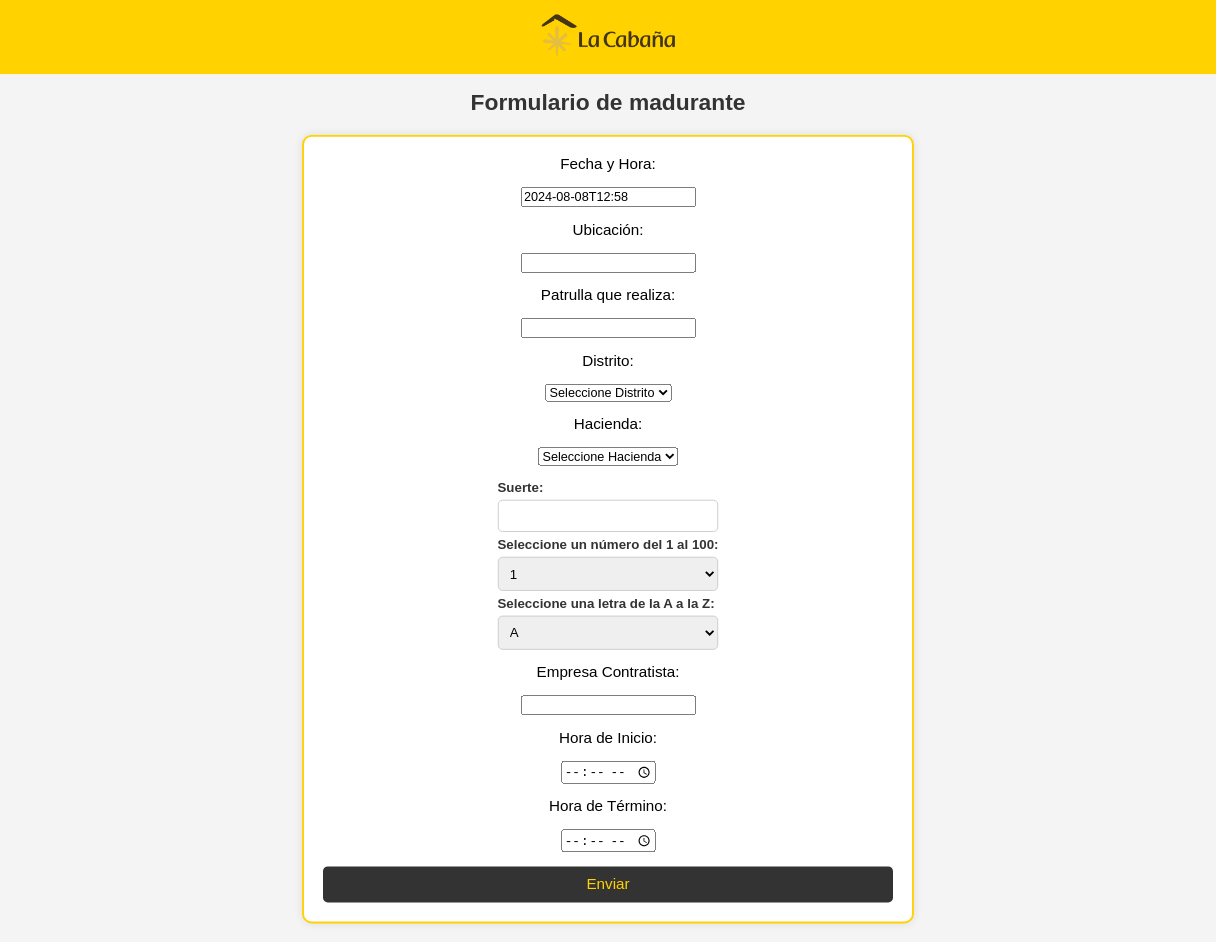
Repository: tayuanlogua/prototipo-de-control-de-accesos
Page: Patrullas/src/madurante.html
The author's editor kept a copy of each file at every save. The page is drawn from the files as they stood at one save, then again after the next save.
The browser window is 1280 px wide. The pictures show the whole page, at 95% of full size.

Above is the page before, as saved 2024-08-29 15:48:06.
Console error: TypeError: Cannot read properties of null (reading 'addEventListener')

### Patrullas/src/madurante.html
<!DOCTYPE html>
<html lang="es">
  <head>
    <meta charset="UTF-8" />
    <meta name="viewport" content="width=device-width, initial-scale=1.0" />
    <title>Formulario de Madurante</title>
    <link rel="stylesheet" href="styles.css" />
  </head>
  <body>
    <header class="header">
      <img src="imagenes/LOGO.png" alt="Logo" class="logo" />
    </header>

    <div class="login-container">
      <h1>Formulario de madurante</h1>
      <form
        id="maduranteForm"
        action="process_madurante.php"
        method="POST"
        enctype="multipart/form-data"
      >
        <!-- Fecha (automática) -->
        <label for="fechaHora">Fecha y Hora:</label>
        <input type="text" id="fechaHora" name="fechaHora" readonly />

        <!-- Ubicación (automática) -->
        <label for="ubicacion">Ubicación:</label>
        <input type="text" id="ubicacion" name="ubicacion" readonly />

        <!-- Patrulla que realiza -->
        <label for="patrulla">Patrulla que realiza:</label>
        <input type="text" id="patrulla" name="patrulla" required />

        <!-- Distrito -->
        <label for="distrito">Distrito:</label>
        <select id="distrito" name="distrito" required>
          <option value="">Seleccione Distrito</option>
          <option value="1">Distrito 1</option>
          <option value="2">Distrito 2</option>
          <option value="3">Distrito 3</option>
          <option value="4">Distrito 4</option>
          <option value="5">Distrito 5</option>
        </select>

        <!-- Hacienda -->
        <label for="hacienda">Hacienda:</label>
        <select id="hacienda" name="hacienda" required>
          <option value="">Seleccione Hacienda</option>
        </select>

        <div class="form-group">
          <label for="suerte">Suerte:</label>
          <input type="text" id="suerte" name="suerte" required readonly />

          <label for="numeroSuerte">Seleccione un número del 1 al 100:</label>
          <select id="numeroSuerte"></select>

          <label for="letraSuerte">Seleccione una letra de la A a la Z:</label>
          <select id="letraSuerte"></select>
        </div>

        <!-- Empresa contratista -->
        <label for="empresa_contratista">Empresa Contratista:</label>
        <input
          type="text"
          id="empresa_contratista"
          name="empresa_contratista"
          required
        />

        <!-- Hora de inicio -->
        <label for="hora_inicio">Hora de Inicio:</label>
        <input type="time" id="hora_inicio" name="hora_inicio" required />

        <!-- Hora de término -->
        <label for="hora_termino">Hora de Término:</label>
        <input type="time" id="hora_termino" name="hora_termino" required />

        <!-- Botón de enviar -->
        <button type="submit">Enviar</button>
      </form>
    </div>

    <script src="madurante.js"></script>
  </body>
</html>

### Patrullas/src/styles.css
/* Estilos generales para el body */
body {
  font-family: Arial, sans-serif;
  background-color: #f4f4f4;
  margin: 0;
  padding: 0;
}

/* Estilo para el logo en el header */
.header {
  background-color: #ffd200; /* Fondo amarillo para el logo */
  padding: 10px 0;
  text-align: center;
}

.logo {
  width: 150px;
  height: auto;
}

/* Estilos para el contenedor del formulario */
.form-container,
#maduranteForm,
#subsuelo-form,
#burnt-cane-form,
#motobombas-form,
#servicio-de-escolta-form {
  background-color: #ffffff;
  max-width: 600px; /* Ajustado al tamaño del formulario */
  margin: 20px auto;
  padding: 20px;
  border-radius: 10px;
  box-shadow: 0 0 10px rgba(0, 0, 0, 0.1);
  display: flex;
  flex-direction: column;
  align-items: center;
  border: 2px solid #ffd200; /* Borde amarillo */
}

/* Estilo para el título del formulario */
h1 {
  text-align: center;
  color: #333;
  font-size: 24px;
  margin-bottom: 20px;
}

/* Estilos para los formularios */
form {
  display: flex;
  flex-direction: column;
  gap: 15px;
  width: 100%;
}

.form-group {
  display: flex;
  flex-direction: column;
  gap: 5px;
}

.form-group label {
  font-size: 14px;
  color: #333;
  text-align: left;
  font-weight: bold;
}

.form-group input[type="text"],
.form-group input[type="number"],
.form-group input[type="time"],
.form-group input[type="date"],
.form-group select,
.form-group input[type="file"],
.form-group textarea {
  width: 100%;
  padding: 8px;
  border: 1px solid #ccc;
  border-radius: 5px;
  box-sizing: border-box;
  font-size: 14px;
}

.form-group input[type="file"] {
  padding: 3px; /* Ajuste para que se vea mejor */
}

.form-group textarea {
  resize: vertical;
}

.form-group select {
  padding: 8px;
}

/* Estilo para el grupo de radio buttons */
.radio-group {
  display: flex;
  justify-content: space-between;
  max-width: 200px;
}

.radio-group label {
  display: flex;
  align-items: center;
  gap: 5px;
  font-size: 14px;
  color: #333;
}

input[type="radio"] {
  margin-left: 10px;
}

/* Estilo para el botón de envío */
button[type="submit"] {
  display: block;
  width: 100%;
  padding: 10px;
  background-color: #333;
  color: #ffd200; /* Color amarillo para el botón de envío */
  border: none;
  border-radius: 5px;
  font-size: 16px;
  cursor: pointer;
  transition: background-color 0.3s ease;
}

/* Estilos para el hover en botones */
button[type="submit"]:hover {
  background-color: #555;
}

/* Estilo para los enlaces de actividades */
.activities-form {
  display: flex;
  flex-direction: column;
  gap: 10px;
  width: 100%;
}

.activities-form a {
  text-decoration: none;
  color: #ffd200; /* Color amarillo para los enlaces */
  font-size: 18px;
  padding: 10px;
  border-radius: 5px;
  background-color: #ffffff;
  border: 1px solid #ccc;
  transition: background-color 0.3s, color 0.3s;
}

.activities-form a:hover {
  background-color: #ffd200; /* Color amarillo para el hover */
  color: #ffffff;
}

/* Responsive design para dispositivos móviles */
@media (max-width: 480px) {
  .form-container,
  #maduranteForm,
  #subsuelo-form,
  #burnt-cane-form,
  #motobombas-form,
  #servicio-de-escolta-form {
    width: 95%;
    padding: 15px;
  }

  h1 {
    font-size: 20px;
  }

  form input[type="text"],
  form input[type="number"],
  form input[type="time"],
  form input[type="date"],
  form select,
  form input[type="file"],
  form textarea,
  button[type="submit"],
  .activities-form a {
    font-size: 14px;
  }
}

### Patrullas/src/madurante.js
document.addEventListener("DOMContentLoaded", () => {
  const form = document.getElementById("burnt-cane-form");
  const distritoSelect = document.getElementById("distrito");
  const haciendaSelect = document.getElementById("hacienda");
  const supportSelect = document.getElementById("support");
  const supportDetails = document.getElementById("support-details");
  const fechaHoraInput = document.getElementById("fechaHora");
  const ubicacionInput = document.getElementById("ubicacion");
  const numeroSuerteSelect = document.getElementById("numeroSuerte");
  const letraSuerteSelect = document.getElementById("letraSuerte");
  const suerteInput = document.getElementById("suerte");

  // Inicializa el campo de fecha y hora
  const now = new Date();
  const dateTimeString = now.toISOString().slice(0, 16); // Formato YYYY-MM-DDTHH:MM
  fechaHoraInput.value = dateTimeString;

  // Obtiene la ubicación del usuario
  if (navigator.geolocation) {
    navigator.geolocation.getCurrentPosition(
      (position) => {
        const { latitude, longitude } = position.coords;
        ubicacionInput.value = `Lat: ${latitude}, Lon: ${longitude}`;
      },
      (error) => {
        console.error("Error obtaining location", error);
        ubicacionInput.value = "No se pudo obtener la ubicación";
      }
    );
  } else {
    console.log("Geolocation is not supported by this browser.");
    ubicacionInput.value = "Geolocalización no soportada";
  }

  const haciendas = {
    1: [
      "Rio Frayle",
      "La Industria",
      "Salsipuedes",
      "Pergola II",
      "Pergola III",
      "Acuario",
      "Pergola I",
      "Vallecito",
      "Papayal",
      "La Linda",
      "El Rincon",
      "Papayalito",
      "El Tablon Bajo",
      "Cantarohondo",
      "El Tablon Alto",
      "El Baranco",
      "Santa Barbara Participacion",
      "La Michela",
    ],
    2: [
      "Orocue",
      "Palace",
      "San Isidro",
      "Rancho Grande",
      "Romano Barney",
      "Taula Mejia",
      "Vanegas",
      "Holandita Adecañas",
      "Canada Adecañas",
      "Canada",
      "Canada Agrocañas",
      "Canada Esmeralda",
      "Hato",
      "Arado",
      "Yarumales",
      "Mendiola La Paila",
      "Benitez",
      "Hato San Carlos",
      "Mundo Cabaña",
      "La Munda Esmeralda",
      "Canada Cabaña",
      "Hato Agrocañas",
      "Hato Cavi",
    ],
    3: [
      "Cabaña",
      "Caldas",
      "Pilamo",
      "Taula Chiman",
      "Normandia",
      "Santa Helena",
      "Cabaña II",
      "Muchilanga Naranjito",
      "Caldas Agroindustrias",
      "Normandia Agroindustrias",
      "Taula Chiman Agroindistria",
      "Humberto Lopez Cabaña",
      "Arado Adecañas",
      "Toribio Rivas Esmeralda",
      "Cabaña Rabinovich",
      "Naranjo Agrocañas",
      "Naranjo",
      "Muchilanga",
      "Taula Ana",
      "Naranjo Esmeralda",
      "Gobierno Negro",
      "Granada",
      "Cabaña Agrocañas",
      "Naranjo Cabaña",
      "Muchilanga Cabaña",
      "Vegas Cabaña",
      "Alvaro Naranjo Poveda Arrey",
      "El Rebaño",
      "Dulce Jugada Participacion",
    ],
    4: [
      "Cuprecia",
      "Laguna",
      "La Gitana",
      "Vista Hermosa",
      "Nanaluisa",
      "Lote Toro",
      "La Stellia",
      "La Real",
      "El Recuerdo",
      "Tonoli",
      "Laguna Arrendo",
      "Florencia",
      "Casa Grande",
      "Santa Ines",
      "La Loma",
      "Corcovao Adecañas",
      "Veracruz Adecañas",
      "Sarria",
      "Nilo Toro",
      "Janeiro Esmeralda",
      "Hermanas Florez",
      "Las Cañas",
      "Ana Maria Bonilla",
      "El Cairo",
      "Tablanca",
      "Holanda",
      "La Camelia",
      "Sucursal",
      "El Socorro Cabaña",
      "Monaco",
      "La Alsacia",
      "Ventura Olgin",
    ],
    5: [
      "Casablanca",
      "Bocas de Palo",
      "Perico Negro",
      "El Lago",
      "Victoria",
      "Curazao",
      "Coburgo Cantarito",
      "Bohemia",
      "Curazao Escobar",
      "Ceibal Nereida Sepulveda Roja",
      "Curazao Agroindustrias",
      "Curazao Velez",
      "La Moraleja",
      "Curazao Esmeralda",
      "Lago Rabinovich",
      "Quintero",
      "Sofia",
      "Sarria",
      "Victoria Esmeralda",
      "Avenida",
      "Sarria Agrocañas",
      "La Moraleja Accion Fiduciaria",
      "Campo Alegre Argos Arrendo",
      "Moraleja Arango",
      "Cachipay",
      "Moraleja PYS Proyectos Soll",
    ],
  };

  // Completa el selector de números del 1 al 100
  for (let i = 1; i <= 100; i++) {
    const option = document.createElement("option");
    option.value = i;
    option.textContent = i;
    numeroSuerteSelect.appendChild(option);
  }

  // Completa el selector de letras de la A a la Z
  for (let i = 65; i <= 90; i++) {
    const option = document.createElement("option");
    option.value = String.fromCharCode(i);
    option.textContent = String.fromCharCode(i);
    letraSuerteSelect.appendChild(option);
  }

  // Actualiza el campo de texto "Suerte" al cambiar las selecciones
  const updateSuerte = () => {
    const numeroSeleccionado = numeroSuerteSelect.value;
    const letraSeleccionada = letraSuerteSelect.value;
    suerteInput.value = `${numeroSeleccionado}-${letraSeleccionada}`;
  };

  numeroSuerteSelect.addEventListener("change", updateSuerte);
  letraSuerteSelect.addEventListener("change", updateSuerte);

  // Función para actualizar el select de haciendas basado en el distrito seleccionado
  const updateHaciendas = () => {
    const selectedDistrito = distritoSelect.value;
    const haciendasList = haciendas[selectedDistrito] || [];
    console.log("Distrito seleccionado:", selectedDistrito); // Depuración
    console.log("Haciendas para el distrito:", haciendasList); // Depuración

    haciendaSelect.innerHTML = '<option value="">Seleccione Hacienda</option>'; // Reset options
    haciendasList.forEach((hacienda) => {
      const option = document.createElement("option");
      option.value = hacienda;
      option.textContent = hacienda;
      haciendaSelect.appendChild(option);
    });
  };

  distritoSelect.addEventListener("change", updateHaciendas);

  // Manejo de la visibilidad de detalles de soporte
  supportSelect.addEventListener("change", () => {
    if (supportSelect.value === "yes") {
      supportDetails.style.display = "block";
    } else {
      supportDetails.style.display = "none";
    }
  });
});

After the next save:
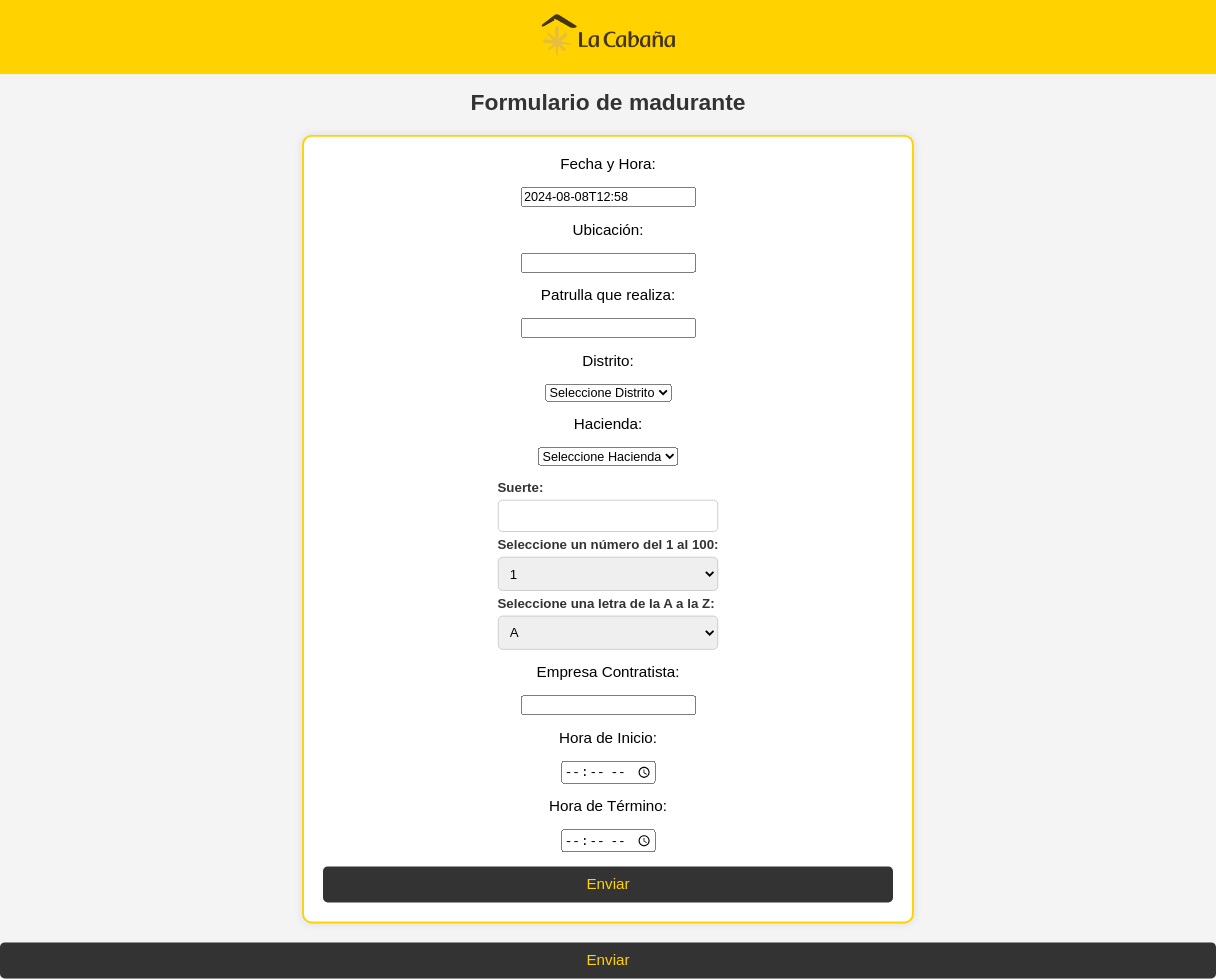
Saved 2 min 13 s later.
--- a/Patrullas/src/madurante.html
+++ b/Patrullas/src/madurante.html
@@ -80,6 +80,10 @@
         <button type="submit">Enviar</button>
       </form>
     </div>
+      <!-- Botón de enviar -->
+      <button type="submit">Enviar</button>
+    </form>
+  </div>
 
     <script src="madurante.js"></script>
   </body>

After the save that followed:
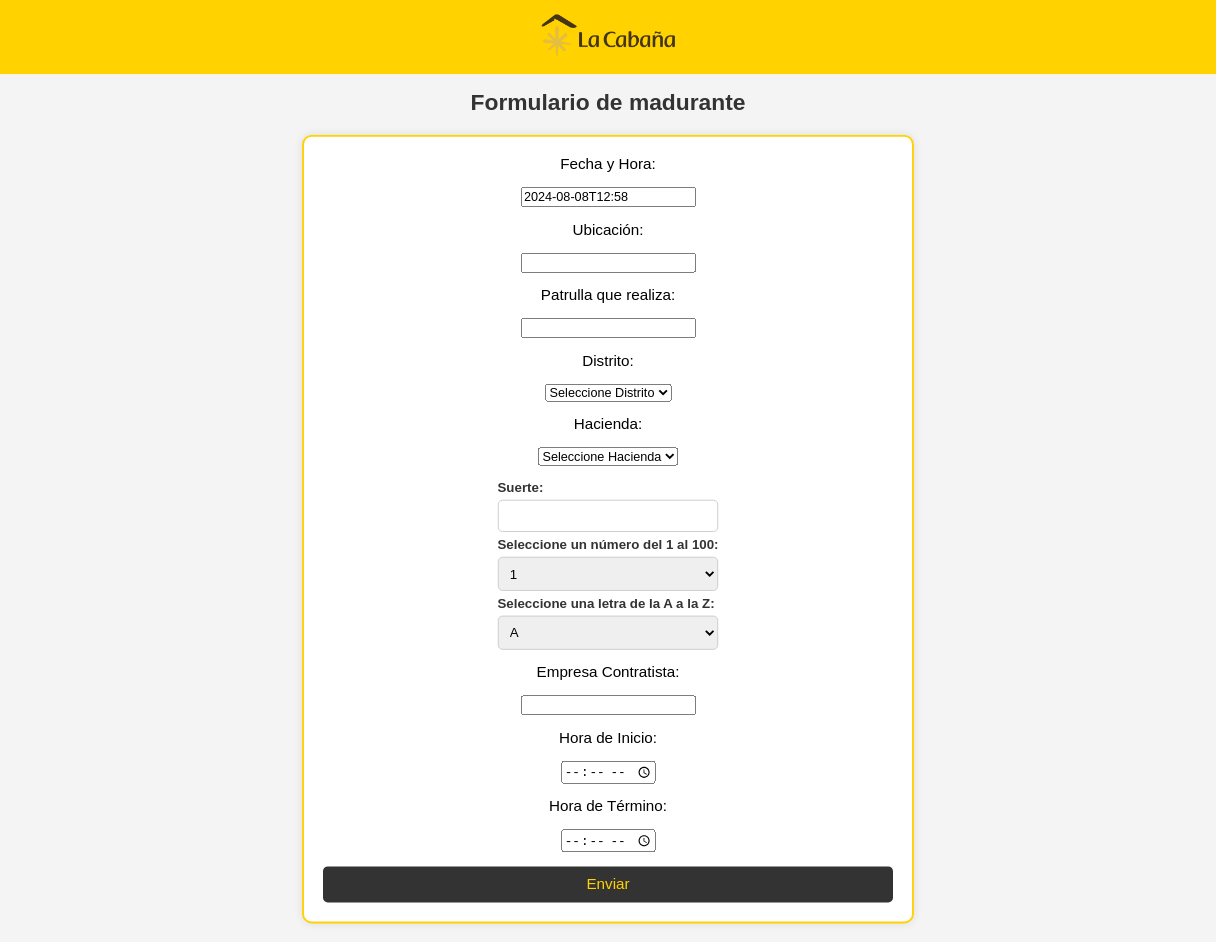
Saved 28 s later.
--- a/Patrullas/src/madurante.html
+++ b/Patrullas/src/madurante.html
@@ -8,6 +8,7 @@
   </head>
   <body>
     <header class="header">
+      <!-- Asegúrate de que la ruta a la imagen sea correcta -->
       <img src="imagenes/LOGO.png" alt="Logo" class="logo" />
     </header>
 
@@ -80,10 +81,6 @@
         <button type="submit">Enviar</button>
       </form>
     </div>
-      <!-- Botón de enviar -->
-      <button type="submit">Enviar</button>
-    </form>
-  </div>
 
     <script src="madurante.js"></script>
   </body>
